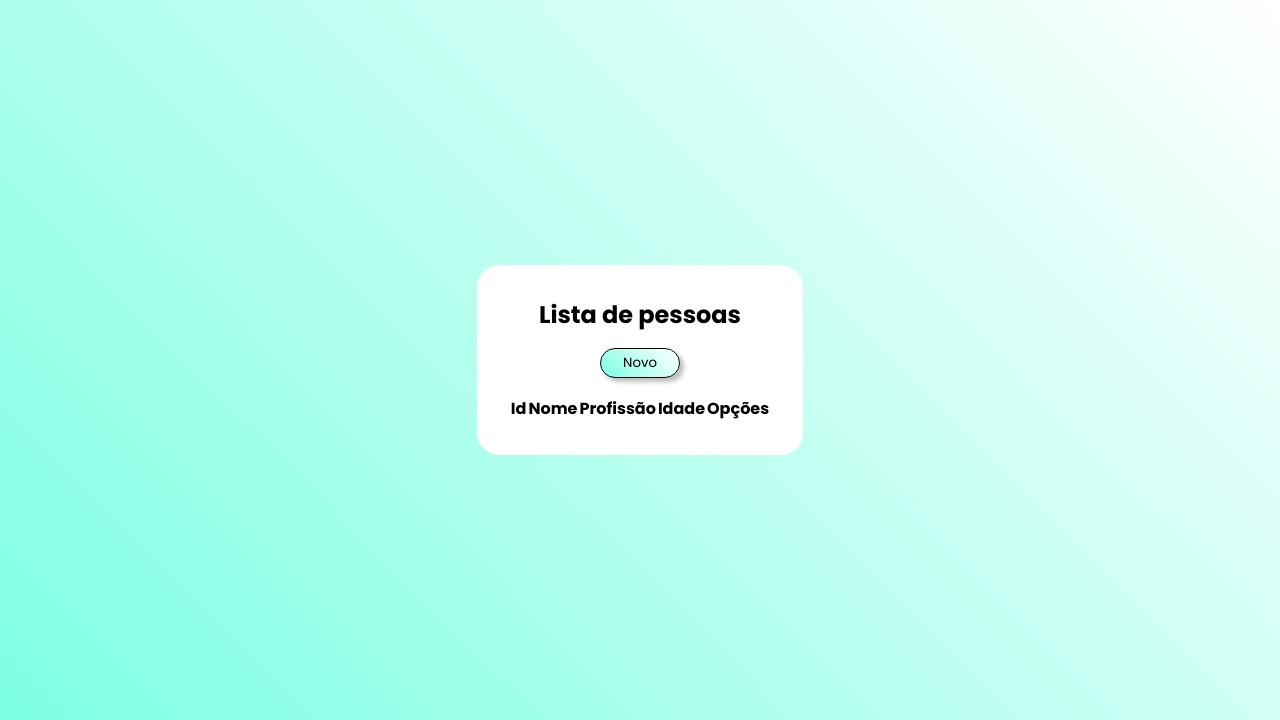
Repository: alef-torres/TesteUnicontrol
Page: http://localhost/desafioUnicontrol/main
An editor plug-in stored every save of this project. The page is shown before and after the next save, followed by the edit.
The browser window is 1280 px wide. The pictures show the whole page.
The page is served by Tomcat 9. Other server files are loaded and not shown. Queries for data that is not in the repository find no rows.

Above is the page before, as saved 2024-02-10 23:19:03.

### DesafioUnicontrol/desafioUnicontrol/src/main/webapp/pesquisa.jsp
<%@ page language="java" contentType="text/html; charset=utf-8"
	pageEncoding="utf-8"%>
<%@ page import="model.JavaBeans"%>
<%@ page import="java.util.ArrayList"%>



<%
ArrayList<JavaBeans> lista = (ArrayList<JavaBeans>) request.getAttribute("pessoas");
%>


<!DOCTYPE html>
<html lang="pt-br">

<head>
<meta charset="UTF-8">
<title>Pessoas</title>
<link rel="stylesheet" href="estilo/pesquisa.css">
</head>

<body>
	<section>
		<div>
			<h1>Lista de pessoas</h1>
			<a href="index.html"><button>Novo</button></a>



			<table id="tabela">
				<thead>
					<tr>
						<th>Id</th>
						<th>Nome</th>
						<th>Profissão</th>
						<th>Idade</th>
						<th>Opções</th>
					</tr>
				</thead>

				<tbody>
					<%
					for (int i = 0; i < lista.size(); i++) {
					%>
					<tr>
						<td><%=lista.get(i).getIdcon()%></td>
						<td><%=lista.get(i).getNome()%></td>
						<td><%=lista.get(i).getProfissao()%></td>
						<td><%=lista.get(i).getIdade()%></td>
						<td><a href="select?idcon=<%=lista.get(i).getIdcon()%>>">Editar</a>
							<a href="javascript: confirmar(<%=lista.get(i).getIdcon()%>)">Excluir</a>
						</td>

					</tr>
					<%
					}
					%>
				</tbody>
			</table>
		</div>
	</section>



	<script src="scripts/confirmador.js"></script>
</body>

</html>

### DesafioUnicontrol/desafioUnicontrol/src/main/java/controler/Controler.java
package controler;

import java.io.IOException;
import java.util.ArrayList;

import javax.servlet.RequestDispatcher;
import javax.servlet.ServletException;
import javax.servlet.annotation.WebServlet;
import javax.servlet.http.HttpServlet;
import javax.servlet.http.HttpServletRequest;
import javax.servlet.http.HttpServletResponse;

import model.DAO;
import model.JavaBeans;

@WebServlet(urlPatterns = { "/Controller", "/main", "/insert", "/select", "/update", "/delete" })
public class Controler extends HttpServlet {
	private static final long serialVersionUID = 1L;
	DAO dao = new DAO();
	JavaBeans pessoa = new JavaBeans();

	public Controler() {
		super();

	}

	protected void doGet(HttpServletRequest request, HttpServletResponse response)
			throws ServletException, IOException {

		String action = request.getServletPath();
		System.out.println(action);
		if (action.equals("/main")) {
			pesquisa(request, response);
		} else if (action.equals("/insert")) {
			novaPessoa(request, response);
		} else if (action.equals("/select")) {
			listarPessoas(request, response);
		} else if (action.equals("/update")) {
			editarPessoa(request, response);
		} else if (action.equals("/delete")) {
			deletarPessoa(request, response);
		} else {
			response.sendRedirect("index.html");
		}

	}

	protected void pesquisa(HttpServletRequest request, HttpServletResponse response)
			throws ServletException, IOException {

		ArrayList<JavaBeans> listaDePessoas = dao.listarPessoas();

		request.setAttribute("pessoas", listaDePessoas);
		RequestDispatcher rd = request.getRequestDispatcher("pesquisa.jsp");
		rd.forward(request, response);
	}

	protected void novaPessoa(HttpServletRequest request, HttpServletResponse response)
			throws ServletException, IOException {

		// enviando para as variaveis JavaBeans

		pessoa.setNome(request.getParameter("name"));
		pessoa.setProfissao(request.getParameter("profissao"));
		pessoa.setIdade(request.getParameter("idade"));

		// invocar o metodo insertPessoa passando o objeto pessoa

		dao.insertPessoas(pessoa);

		// retornando para a pagina index
		response.sendRedirect("index.html");
	}

	protected void listarPessoas(HttpServletRequest request, HttpServletResponse response)
			throws ServletException, IOException {
		String idcon = request.getParameter("idcon");

		pessoa.setIdcon(idcon);

		dao.selecionarPessoa(pessoa);

		request.setAttribute("idcon", pessoa.getIdcon());
		request.setAttribute("nome", pessoa.getNome());
		request.setAttribute("profissao", pessoa.getProfissao());
		request.setAttribute("idade", pessoa.getIdade());

		RequestDispatcher rd = request.getRequestDispatcher("editar.jsp");
		rd.forward(request, response);

	}

	protected void editarPessoa(HttpServletRequest request, HttpServletResponse response)
			throws ServletException, IOException {

		pessoa.setIdcon(request.getParameter("idcon"));
		pessoa.setNome(request.getParameter("nome"));
		pessoa.setProfissao(request.getParameter("profissao"));
		pessoa.setIdade(request.getParameter("idade"));

		dao.alterarContanto(pessoa);

		response.sendRedirect("main");

	}

	protected void deletarPessoa(HttpServletRequest request, HttpServletResponse response)
			throws ServletException, IOException {
		String idcon = request.getParameter("idcon");
		System.out.println(idcon);

		pessoa.setIdcon(idcon);

		dao.deleterPessoas(pessoa);

		response.sendRedirect("main");

	}

}

### DesafioUnicontrol/desafioUnicontrol/src/main/webapp/estilo/pesquisa.css
@charset "UTF-8";

@import
	url('https://fonts.googleapis.com/css2?family=Poppins:wght@100;300;400;500;600;700&display=swap')
	;

* {
	margin: 0;
	padding: 0;
	font-family: 'Poppins';
	text-decoration: none;
}

body {
	width: 100%;
	height: 100vh;
	background: linear-gradient(45deg, #7DFFE3, #fff);
}

section {
	display: flex;
	height: 100%;
	flex-direction: column;
	justify-content: space-around;
	align-items: center;
}

div {
	display: flex;
	flex-direction: column;
	justify-content: space-around;
	align-items: center;
	gap: 1rem;
	background: white;
	border-radius: 22px;
	padding: 2rem;
}

.principal {
	margin-top: auto;
	height: 100%;
	display: flex;
	flex-direction: row;
	justify-content: space-around;
	align-items: center;
}

.formulario-de-cadastro {
	display: flex;
	flex-direction: column;
	padding: 2rem;
	background: #fff;
	border-radius: 10px;
}

#btn {
	display: flex;
	flex-direction: row;
	align-items: center;
	justify-content: space-around;
	margin-top: 1rem;
}

button {
	width: 80px;
	height: 30px;
	border: solid 1px black;
	border-radius: 22px;
	background: linear-gradient(45deg, #7DFFE3, #fff);
	color: black;
	cursor: pointer;
	box-shadow: 4px 4px 4px rgba(0, 0, 0, 0.25);
}

#btn-enviar {
	background: linear-gradient(-45deg, #7DFFE3, #fff);
}

a {
	color: black;
}

### DesafioUnicontrol/desafioUnicontrol/src/main/webapp/scripts/confirmador.js



function confirmar(idcon){
	let resposta = confirm("Comfirma a exclusão desta pessoa?")
	if (resposta === true){
		//alert(idcon)
		window.location.href = 'delete?idcon=' + idcon
	}
}

After the next save:
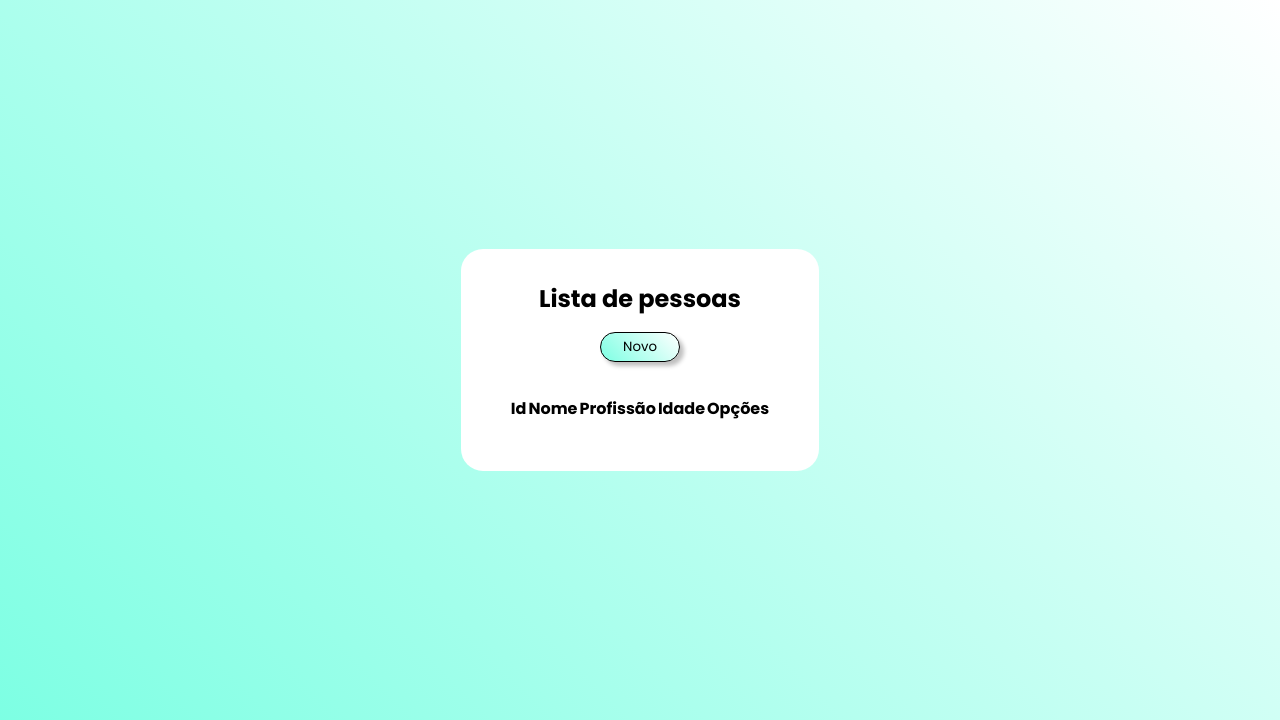
Saved 3 min 26 s later.
--- a/DesafioUnicontrol/desafioUnicontrol/src/main/webapp/estilo/pesquisa.css
+++ b/DesafioUnicontrol/desafioUnicontrol/src/main/webapp/estilo/pesquisa.css
@@ -79,3 +79,7 @@ button {
 a {
 	color: black;
 }
+
+#tabela {
+	padding: 1rem;
+}
